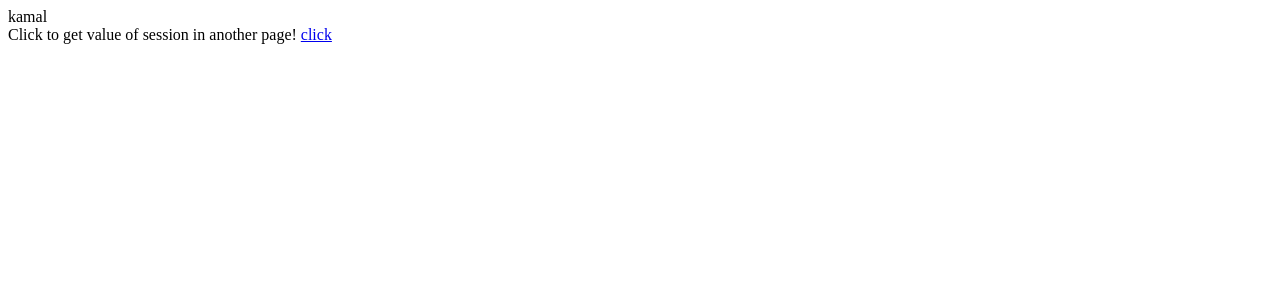
Repository: kamalsingh7290/ServletANDjsp
Page: http://localhost/JSP_SESSION/SetSession.jsp
An editor plug-in stored every save of this project. The page is shown before and after the next save, followed by the edit.
The browser window is 1280 px wide. The pictures show the whole page.
The page is served by Tomcat 9.

Above is the page before, as saved 2022-02-01 04:10:58.

After the next save:
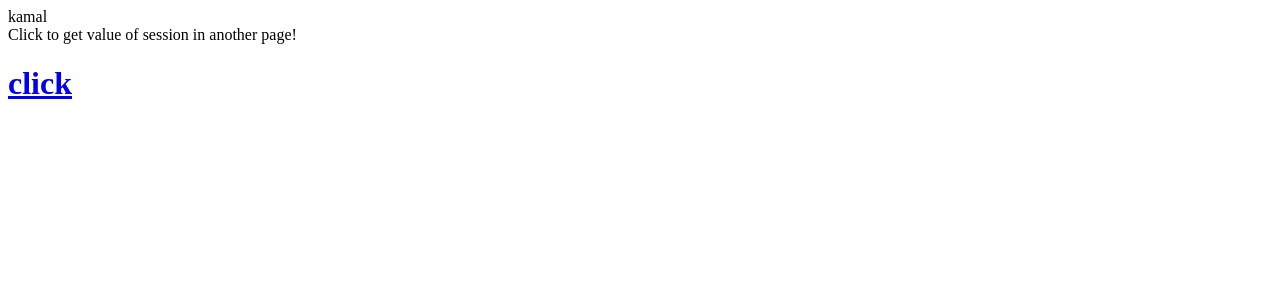
Saved 11 s later.
--- a/JSP_SESSION/src/main/webapp/SetSession.jsp
+++ b/JSP_SESSION/src/main/webapp/SetSession.jsp
@@ -13,6 +13,7 @@
 		%>
 		<br>
 		Click to get value of session in another page!
-		<a href="GetSession.jsp">click</a>
+		<br>
+		<h1><a href="GetSession.jsp">click</a></h1>
 </body>
 </html>
